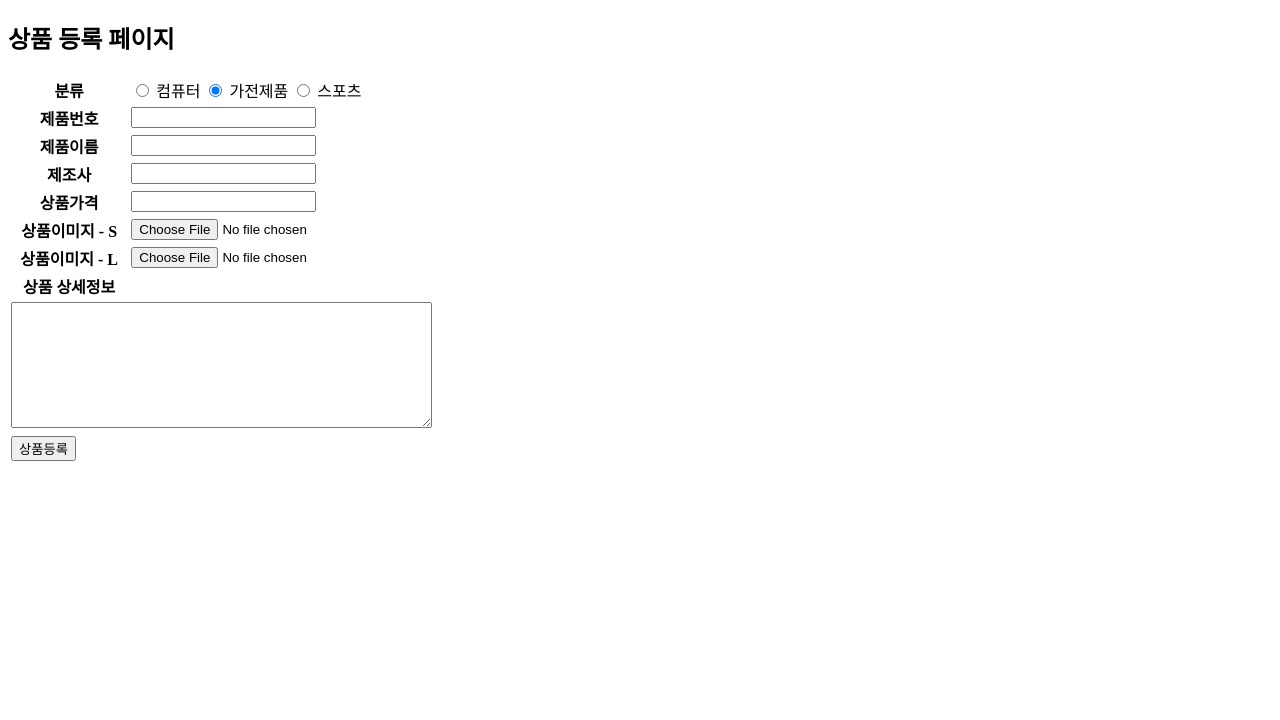
Repository: xlz5000/ICT
Page: http://localhost/spring_mvc02/WEB-INF/views/day08/product_add.jsp
These files come from the project's save history. The page is drawn as it stood at one moment and after the next save; the edit follows.
The browser window is 1280 px wide. The pictures show the whole page.
The page is served by Tomcat 9. Nobody is signed in. Other server files are loaded and not shown. The template is opened directly, without the code that normally fills it, so the values that code supplies are empty.

Above is the page before, as saved 2025-04-18 02:21:11.

### spring_mvc02/src/main/webapp/WEB-INF/views/day08/product_add.jsp
<%@ page language="java" contentType="text/html; charset=UTF-8"
    pageEncoding="UTF-8"%>
<!DOCTYPE html>
<html>
<head>
<meta charset="UTF-8">
<title>Insert title here</title>
</head>
<body>

	<div id="productForm">
		<h2>상품 등록 페이지</h2>
		<form action="/shop_product_add_ok" method="post" enctype="multipart/form-data">
			<table>
				<tbody>
					<tr>
						<th>분류</th>
						<td>
							<input type="radio" name="category" value="com001"> 컴퓨터
							<input type="radio" name="category" value="ele002" checked> 가전제품
							<input type="radio" name="category" value="sp003"> 스포츠
						</td>
					</tr>
					<tr>
						<th>제품번호</th>
						<td><input type="text" name="p_num" required></td>
					</tr>
					<tr>
						<th>제품이름</th>
						<td><input type="text" name="p_name" required></td>
					</tr>
					<tr>
						<th>제조사</th>
						<td><input type="text" name="p_company" required></td>
					</tr>
					<tr>
						<th>상품가격</th>
						<td><input type="text" name="p_price" required></td>
					</tr>
					<tr>
						<th>상품이미지 - S</th>
						<td><input type="file" name="file_s" required></td>
					</tr>
					<tr>
						<th>상품이미지 - L</th>
						<td><input type="file" name="file_l" required></td>
					</tr>
					<tr>
						<th>상품 상세정보</th>
						<td></td>
					</tr>
					<tr>
						<td colspan="2">

						<textarea rows="8" cols="50" name="p_content"></textarea>

						</td>

					</tr>


				</tbody>
				<tfoot>
					<tr><td colspan="2"><input type="submit" value="상품등록"></td></tr>
				</tfoot>
			</table>
		</form>


	</div>

</body>
</html>

After the next save:
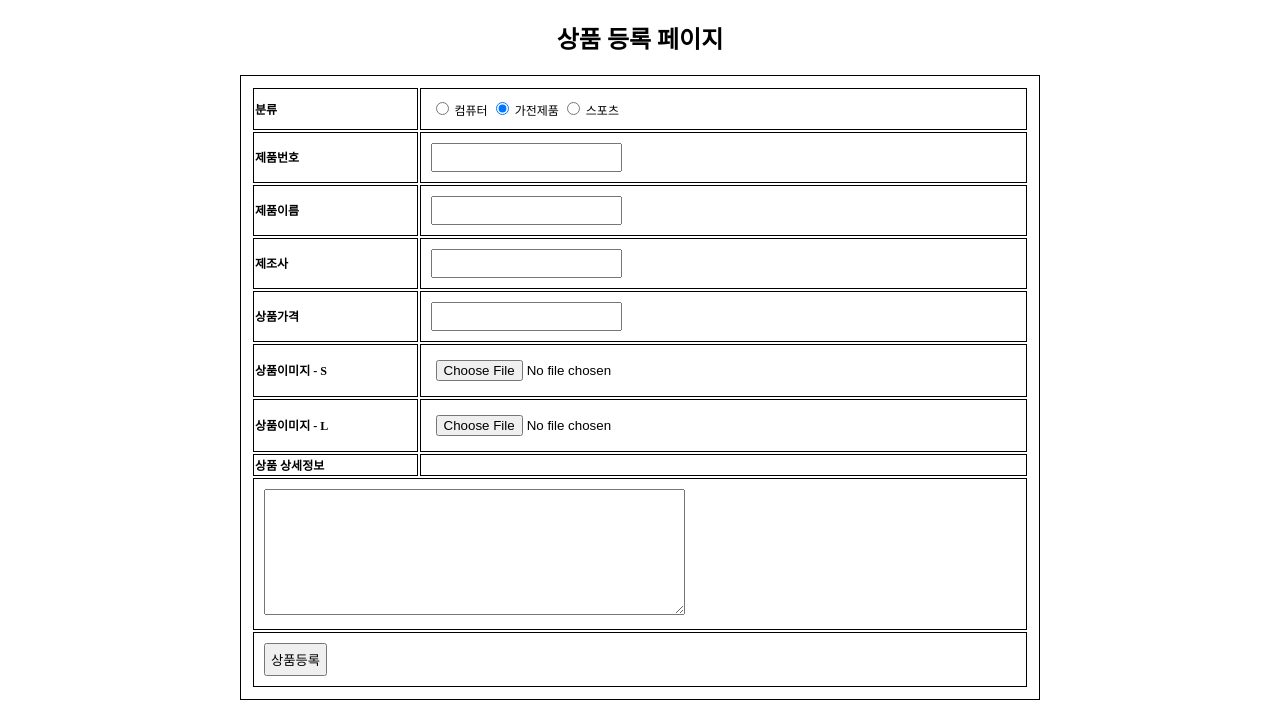
Saved 18 min 58 s later.
--- a/spring_mvc02/src/main/webapp/WEB-INF/views/day08/product_add.jsp
+++ b/spring_mvc02/src/main/webapp/WEB-INF/views/day08/product_add.jsp
@@ -5,6 +5,45 @@
 <head>
 <meta charset="UTF-8">
 <title>Insert title here</title>
+<style type="text/css">
+
+	table{
+	width: 800px;
+	margin: 0 auto;
+	margin-top: 20px;
+	border: 1px solid black;
+	border-collapse: collaopse;
+	font-size: 12px;
+
+	}
+
+
+	table, th{
+	text, align: center;
+	border: 1px solid black;
+	padding 10px 10px;
+
+	}
+
+
+	table, td{
+	text-align: left;
+	border: 1px solid black;
+	padding: 10px 10px;
+
+	}
+
+
+
+	input{
+	padding:  5px;
+	}
+
+	h2{
+
+	text-align: center;
+	}
+</style>
 </head>
 <body>
 
